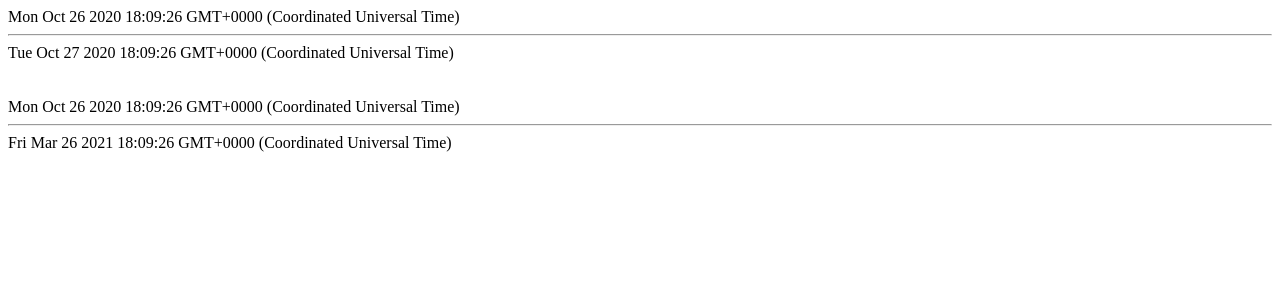
Repository: TeoNogueira/Aulas-Udemy-DevFull-Stack-Por-Jamilton-Damasceno-e-Jorge-Sant-Ana-
Page: public_project/JavaScript/function_native_datas.html
An editor plug-in stored every save of this project. The page is shown before and after the next save, followed by the edit.
The browser window is 1280 px wide. The pictures show the whole page.

Above is the page before, as saved 2020-10-26 19:31:37.

### public_project/JavaScript/function_native_datas.html
<!DOCTYPE html>
<html lang="PT_BR">
<head>
    <meta charset="UTF-8">
    <meta name="viewport" content="width=device-width, initial-scale=1.0">
    <title>Desafio</title>


    <script class="">

   //     var data = new Date()

   //  document.write(data.getDate())

   //var data = new Date()
// document.write(data.getDate() + '/' + (data.getMonth() + 1 + '/' + data.getFullYear()))

 // adicionar / remover dias


 var data = new Date()

document.write(data.toString())

data.setDate(data.getDate() + 1) // adicionando dias para a data atual

document.write('<hr />')

document.write(data.toString())

document.write('<br />' + '<br />' + '<br />')
// --------------x-----------x-------------x----------------------------------------------------------------




var data = new Date()

document.write(data.toString())

data.setMonth(data.getMonth() + 5) // adicionando meses para a data atual

document.write('<hr />')

document.write(data.toString())











           </script>



</head>
<body>



  <!----  <script src="./scripts/desafio.js"></script>-- >
</body>
</html>

After the next save:
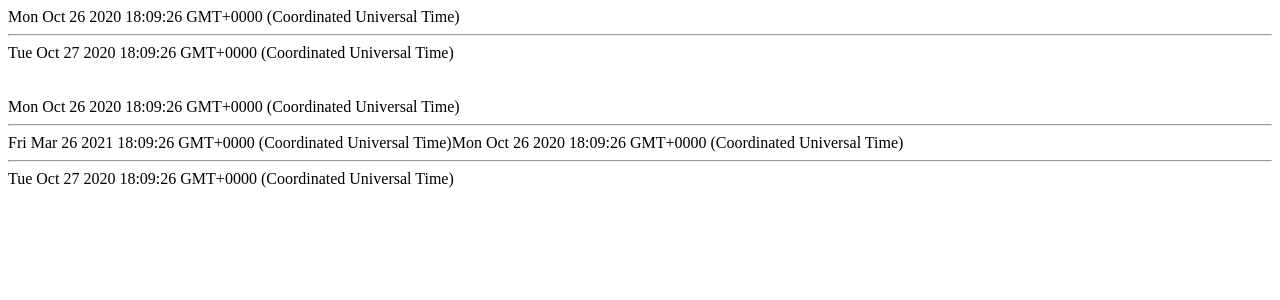
Saved 7 min 35 s later.
--- a/public_project/JavaScript/function_native_datas.html
+++ b/public_project/JavaScript/function_native_datas.html
@@ -45,7 +45,22 @@ document.write('<hr />')
 document.write(data.toString())
 
 
+//----------x-----------------------------------------------x----------------------------------x
 
+
+
+var data = new Date()
+
+document.write(data.toString())
+
+data.setDate(data.getDate() + 1) // adicionando dias para a data atual
+
+document.write('<hr />')
+
+document.write(data.toString())
+
+document.write('<br />' + '<br />' + '<br />')
+// --------------x-----------x-------------x----------------------------------------------------------------
 
 
 
